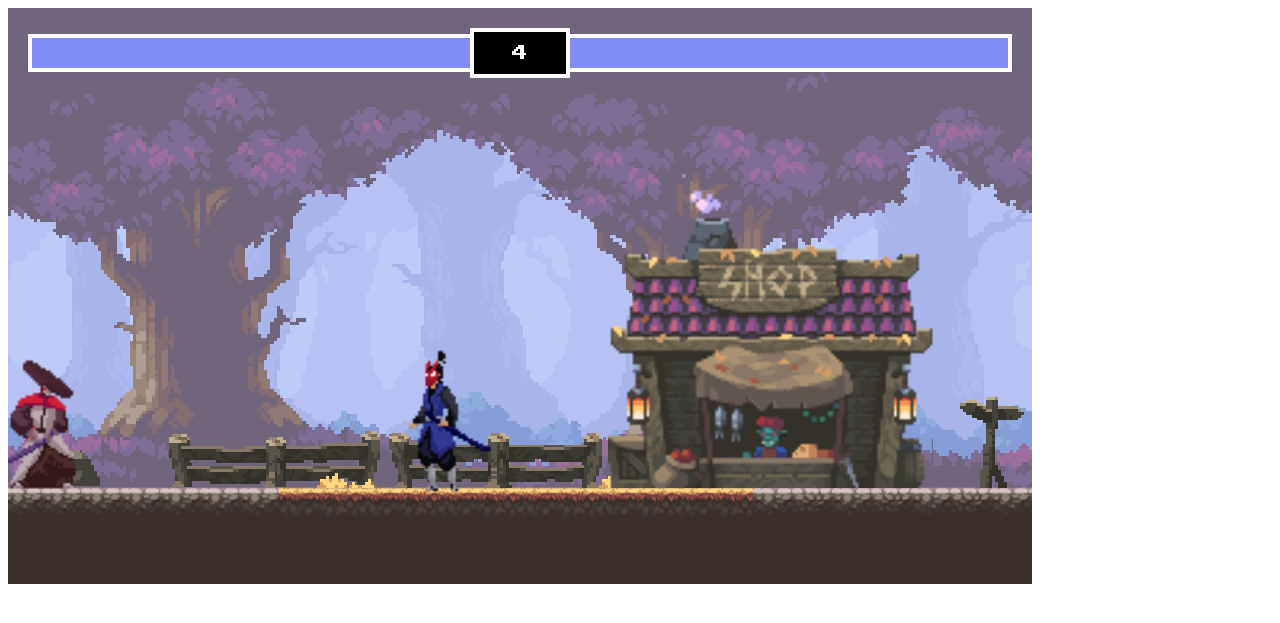
Repository: LuizAGDomingues/js-fighting-game
Page: index.html
The author's editor kept a copy of each file at every save. The page is drawn from the files as they stood at one save, then again after the next save.
The browser window is 1280 px wide. The pictures show the whole page.

Above is the page before, as saved 2022-12-20 15:49:33.

After the next save:
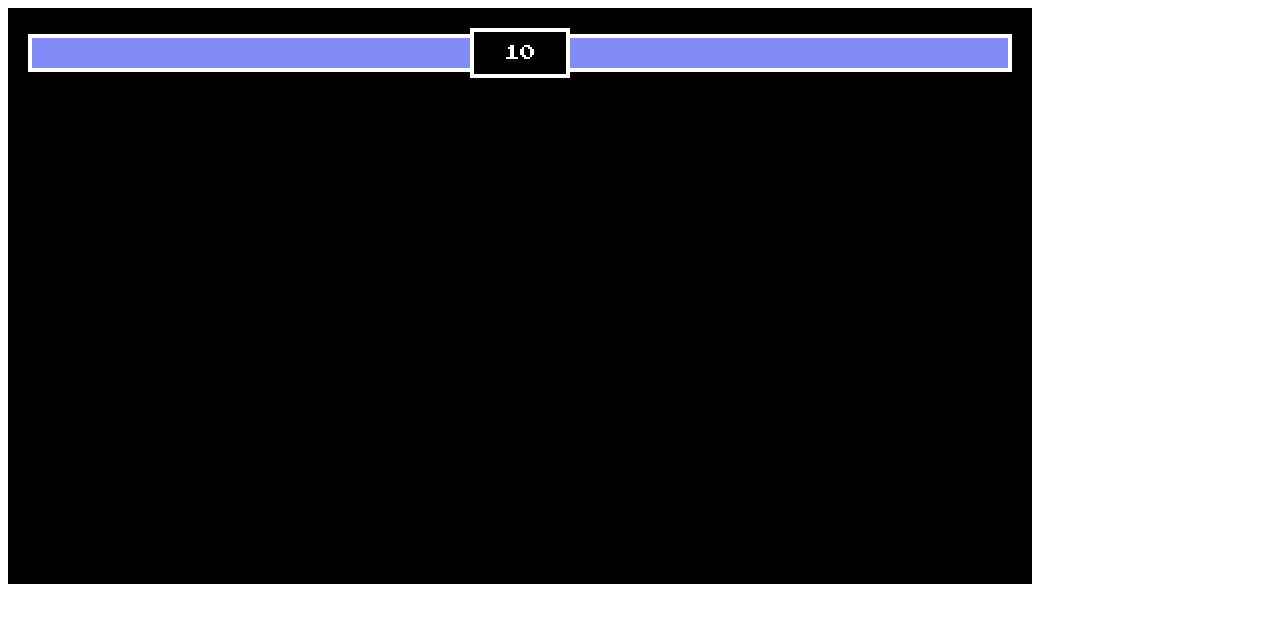
Console error: ReferenceError: decreaseTimer is not defined
Saved 9 s later.
--- a/src/utils.js
+++ b/src/utils.js
@@ -18,17 +18,3 @@
     document.querySelector('#displayText').innerHTML = 'Player 2 wins'
   }
 };
-
-// Timer actions
-let timer = 10
-let timerId
-function decreaseTimer() {
-  if(timer > 0) {
-    timerId = setTimeout(decreaseTimer, 1000)
-    timer--
-    document.querySelector('#timer').innerHTML = timer
-  }
-  if(timer === 0) {
-    determineWinner({player, enemy, timerId})
-  }
-};

After the save that followed:
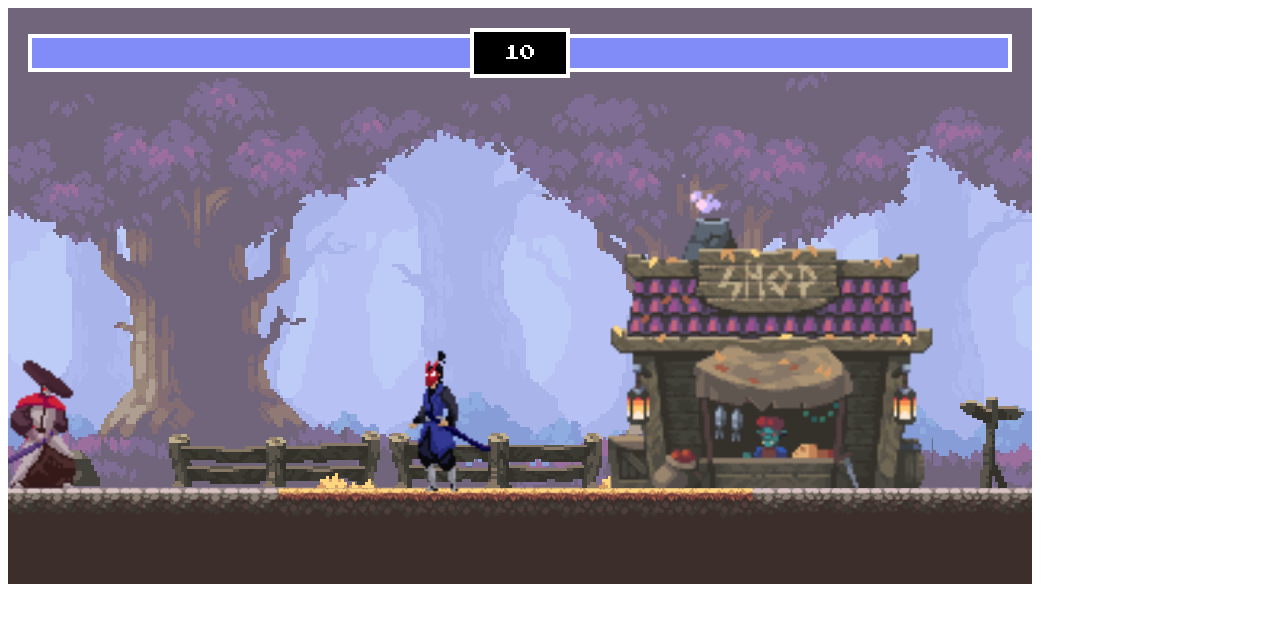
The error is gone.
Saved 2 s later.
--- a/src/main.js
+++ b/src/main.js
@@ -164,7 +164,19 @@
   }
 }
 
-decreaseTimer();
+// Timer actions
+let timer = 10
+let timerId
+function decreaseTimer() {
+  if(timer > 0) {
+    timerId = setTimeout(decreaseTimer, 1000)
+    timer--
+    document.querySelector('#timer').innerHTML = timer
+  }
+  if(timer === 0) {
+    determineWinner({player, enemy, timerId})
+  }
+};
 
 function animate() {
   window.requestAnimationFrame(animate)
